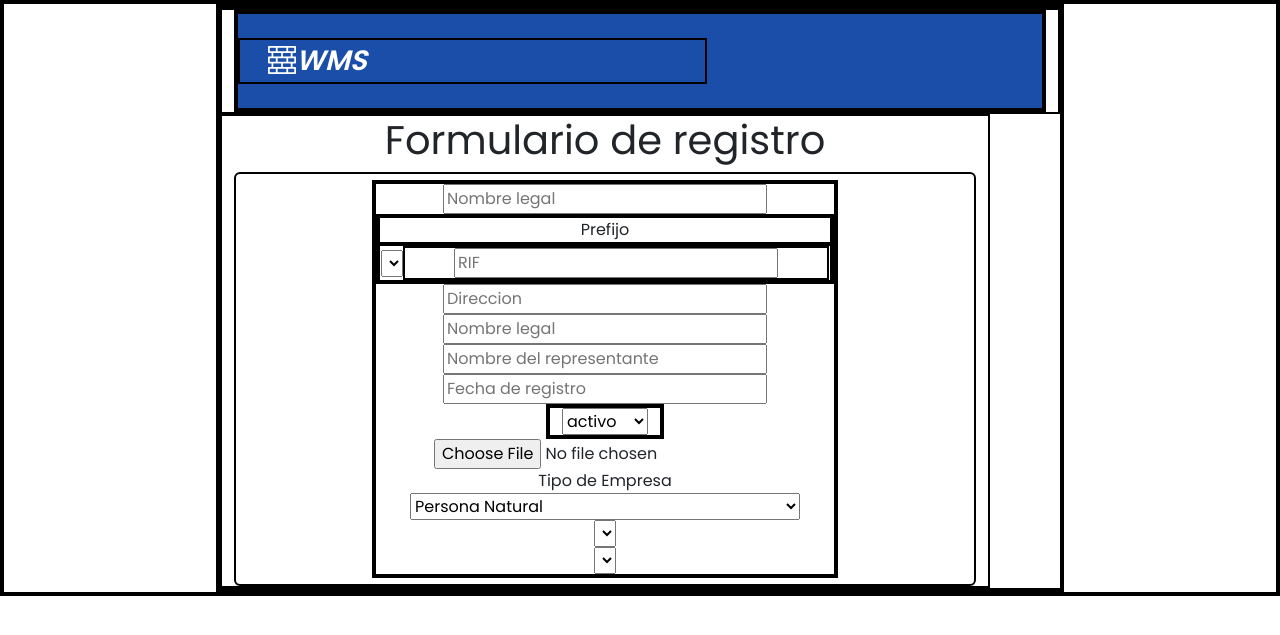
Repository: Rafa-x64/Gestion_inventario_practica
Page: http://localhost/Gestion_inventario/index.php?page=registro-empresa
An editor plug-in stored every save of this project. The page is shown before and after a run of saves, followed by the edit.
The browser window is 1280 px wide. The pictures show the whole page.
The page is run by PHP 8.4 with error messages shown; the project is at /var/www/html/.

Above is the page before, as saved 2025-07-23 17:04:44.

After the next 2 saves:
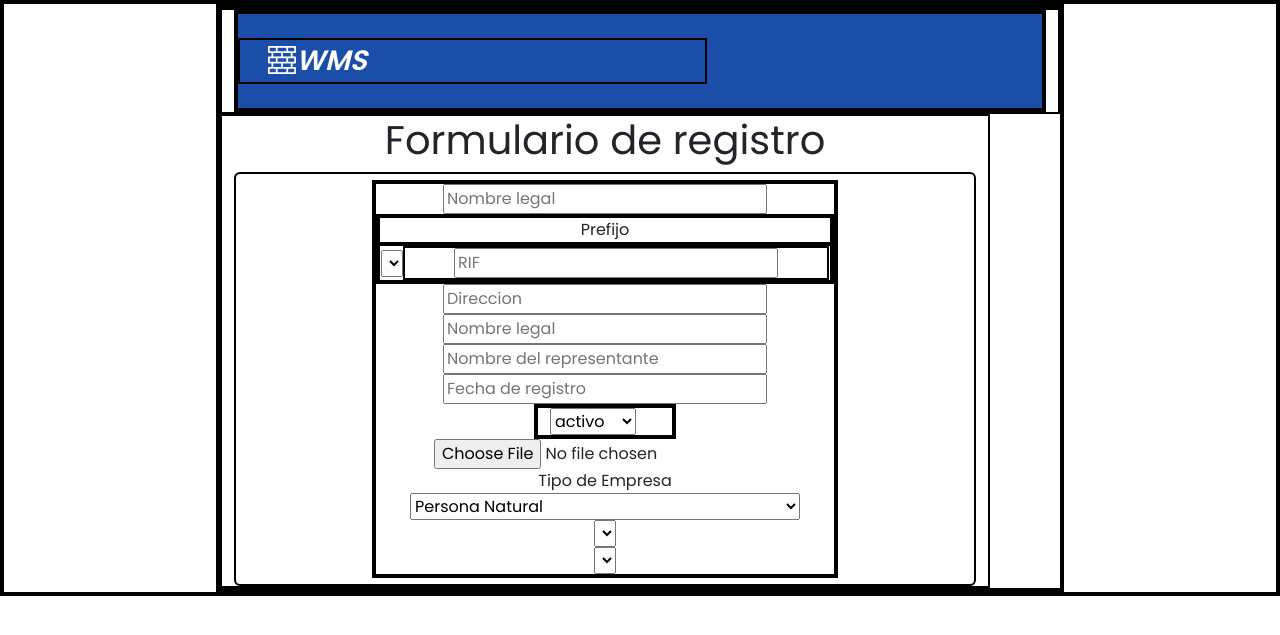
The 2 saves are shown as one change because they came seconds apart.
The last was saved 7 s later.
--- a/view/php/registro-empresa-view.php
+++ b/view/php/registro-empresa-view.php
@@ -51,7 +51,7 @@
                                 <input:mail id="correo" placeholder="Correo electronico"></input:mail>
                                 <input type="text" name="" id="nombre_representante" placeholder="Nombre del representante"><input type="text" name="" id="fecha_registro" placeholder="Fecha de registro">
                                 <div class="row">
-
+                                    <label for=""></label>
                                     <div class="col-12">
                                         <select name="estado_condicion" id="estado_condicion">
                                             <option value="activo">activo</option>
